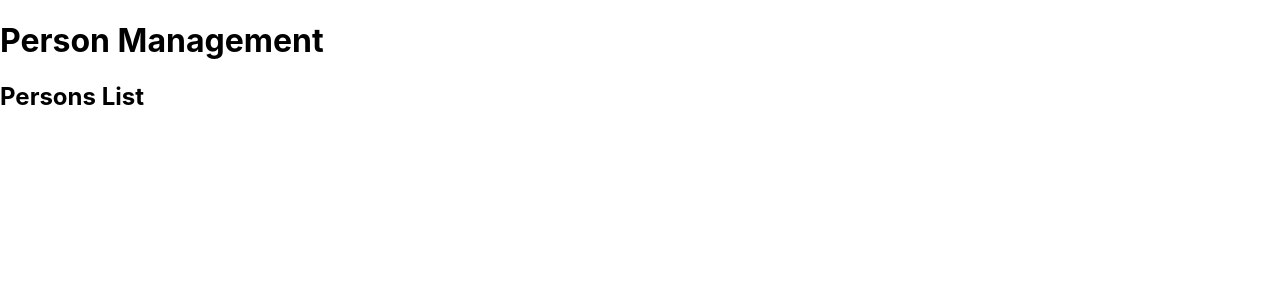
Repository: FilipBienkowski3/WDAI23-24
Page: / (app in services/java/application/react-frontend/)
The author's editor kept a copy of each file at every save. The page is drawn from the files as they stood at one save, then again after a run of saves.
The browser window is 1280 px wide. The pictures show the whole page.
The page's requests for data from a server got no answer. The project was rebuilt for these pictures with package versions that can differ from the ones it lists, and the page was loaded fresh each time. No one was signed in, and anything a server would have sent is missing.

Above is the page before, as saved 2025-01-04 15:10:08.

### services/java/application/react-frontend/src/index.js
import React from 'react';
import ReactDOM from 'react-dom/client';
import './index.css';
import App from './App';
import reportWebVitals from './reportWebVitals';

const root = ReactDOM.createRoot(document.getElementById('root'));
root.render(
  <React.StrictMode>
    <App />
  </React.StrictMode>
);

// If you want to start measuring performance in your app, pass a function
// to log results (for example: reportWebVitals(console.log))
// or send to an analytics endpoint. Learn more: https://bit.ly/CRA-vitals
reportWebVitals();
//punkt wejscia aplikacji

### services/java/application/react-frontend/src/App.js
import React from 'react';
import { BrowserRouter as Router, Routes, Route } from 'react-router-dom';
import Home from './pages/Home';

function App() {
  return (
    <Router>
      <Routes>
        <Route path="/" element={<Home />} />
      </Routes>
    </Router>
  );
}

export default App;

//głowny plik aplikacji

### services/java/application/react-frontend/src/components/Home.js
import React, { useState, useEffect } from 'react';
import { getPersons } from '../api';

function Home() {
  const [persons, setPersons] = useState([]);

  useEffect(() => {
    fetchPersons();
  }, []);

  const fetchPersons = () => {
    getPersons().then((response) => {
      setPersons(response.data);
    });
  };

  return (
    <div>
      <h1>Person Management</h1>

      <h2>Persons List</h2>
      <ul>
        {persons.map((person) => (
          <li key={person.id}>
            {person.name} {person.surname} - {person.job}
          </li>
        ))}
      </ul>
    </div>
  );
}

export default Home;

### services/java/application/react-frontend/src/api.js
//plik konfiguracji do backendu
import axios from 'axios';

const API = axios.create({
  baseURL: 'http://localhost:8080/api', // Adres Twojego backendu
});

export const getPersons = () => API.get('/persons');
export const addPerson = (person) => API.post('/persons', person);

export default API;

Loaded but not shown: services/java/application/react-frontend/public/index.html (common file); services/java/application/react-frontend/src/index.css (common file); services/java/application/react-frontend/src/reportWebVitals.js (common file)

After the next 2 saves:
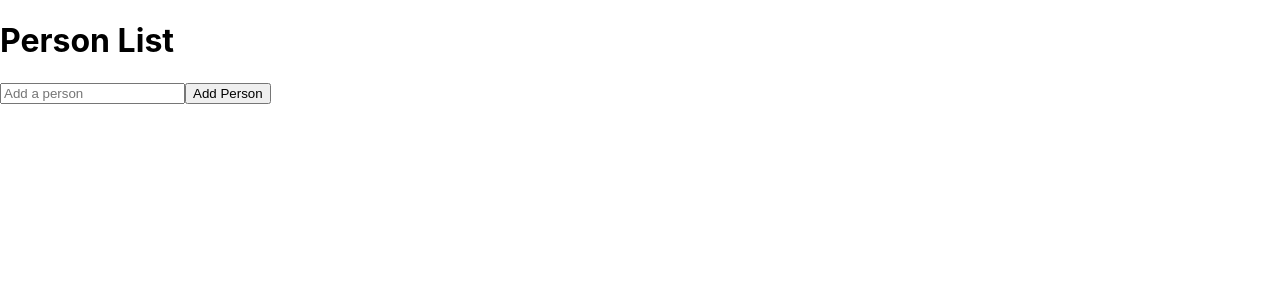
The 2 saves are shown as one change because they came seconds apart.
The last was saved 21 s later.
--- /dev/null
+++ b/services/java/application/react-frontend/src/pages/Home.js
@@ -0,0 +1,43 @@
+import React, { useState, useEffect } from 'react';
+import { getPersons, addPerson } from '../api';
+
+function Home() {
+  const [persons, setPersons] = useState([]);
+  const [newPerson, setNewPerson] = useState('');
+
+  // Pobieranie listy osób
+  useEffect(() => {
+    getPersons().then((response) => {
+      setPersons(response.data);
+    });
+  }, []);
+
+  // Dodawanie nowej osoby
+  const handleAddPerson = () => {
+    const person = { name: newPerson };
+    addPerson(person).then(() => {
+      setPersons([...persons, person]);
+      setNewPerson('');
+    });
+  };
+
+  return (
+    <div>
+      <h1>Person List</h1>
+      <ul>
+        {persons.map((person, index) => (
+          <li key={index}>{person.name}</li>
+        ))}
+      </ul>
+      <input
+        type="text"
+        value={newPerson}
+        onChange={(e) => setNewPerson(e.target.value)}
+        placeholder="Add a person"
+      />
+      <button onClick={handleAddPerson}>Add Person</button>
+    </div>
+  );
+}
+
+export default Home;
